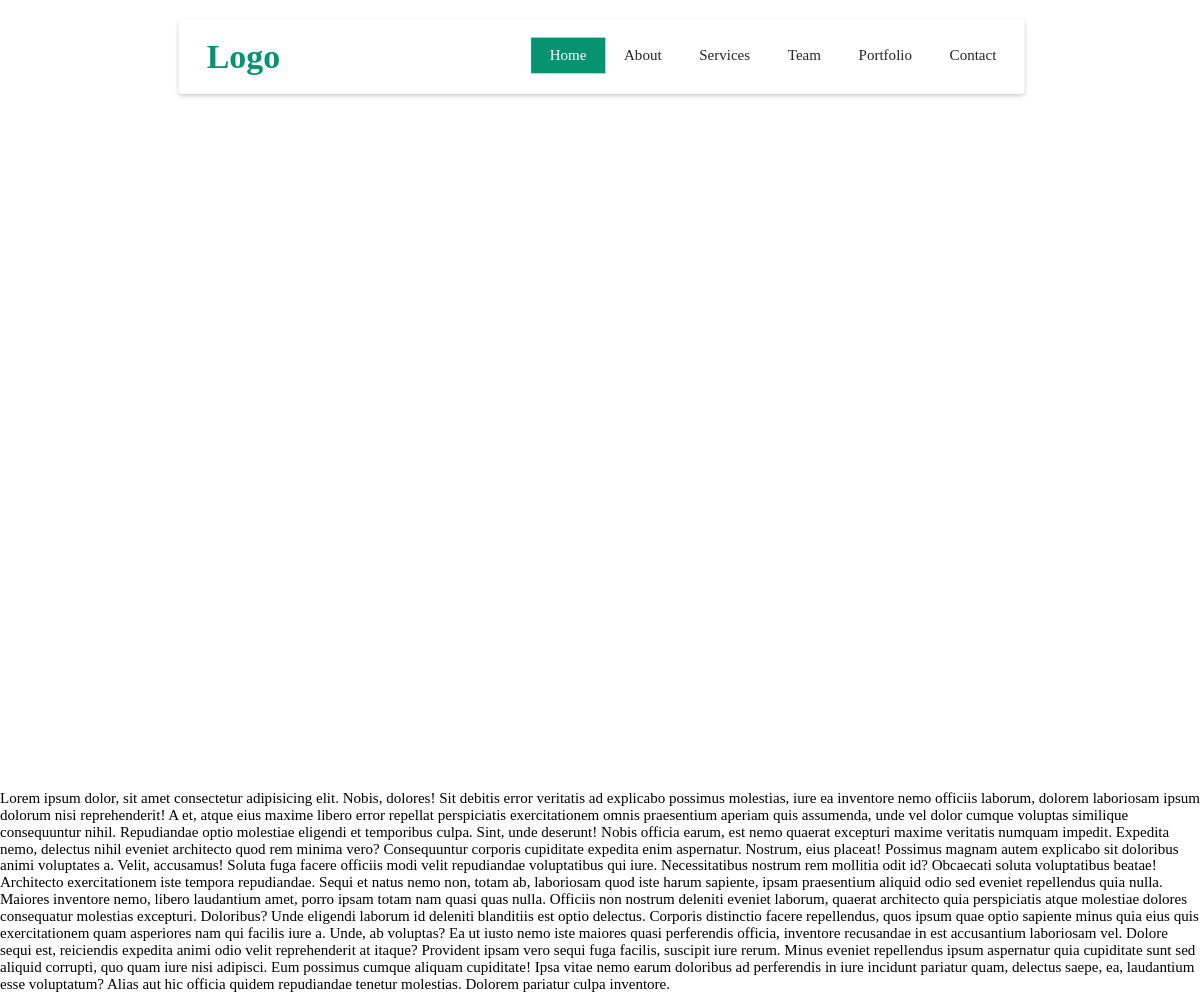
Repository: Sirius018/InventoryGenius
Page: http://localhost/Home
These files come from the project's save history. The page is drawn as it stood at one moment and after the next save; the edit follows.
The browser window is 1280 px wide. The pictures show the whole page, at 94% of full size.
The page is this project's Thymeleaf template; nobody is signed in. The template is opened directly, without the code that normally fills it, so the values that code supplies are empty.

Above is the page before, as saved 2023-06-05 03:27:05.

### ADW/InventoryGenius/src/main/resources/templates/Home.html
<!DOCTYPE html>
<html lang="en" xmlns:th="http://www.thymeleaf.org">
<head>
    <meta charset="UTF-8">
    <meta http-equiv="X-UA-Compatible" content="IE=edge">
    <meta name="viewport" content="width=device-width, initial-scale=1.0">
    <link href="https://stackpath.bootstrapcdn.com/font-awesome/4.7.0/css/font-awesome.min.css" rel="stylesheet">
    <link rel="stylesheet" href="../static/css/home.css">
    <title>Practica 50</title>
</head>
<body>

<header>
        <div class="header">
            <a class="logo" href="#">Logo</a>
        <div class="menu-toggle"></div>
        <nav>
            <ul>
                <li><a class="active" href="#">Home</a></li>
                <li><a href="#">About</a></li>
                <li><a href="#">Services</a></li>
                <li><a href="#">Team</a></li>
                <li><a href="#">Portfolio</a></li>
                <li><a href="#">Contact</a></li>
            </ul>
        </nav>
        <div class="clearfix"></div>
        </div>
    </header>
        <br><br><br><br><br><br><br><br><br><br><br><br><br><br><br><br><br><br><br><br><br><br><br><br><br><br><br><br><br><br><br><br><br><br><br><br><br><br><br><br>

    <div>
        Lorem ipsum dolor, sit amet consectetur adipisicing elit. Nobis, dolores! Sit debitis error veritatis ad explicabo possimus molestias, iure ea inventore nemo officiis laborum, dolorem laboriosam ipsum dolorum nisi reprehenderit!
        A et, atque eius maxime libero error repellat perspiciatis exercitationem omnis praesentium aperiam quis assumenda, unde vel dolor cumque voluptas similique consequuntur nihil. Repudiandae optio molestiae eligendi et temporibus culpa.
        Sint, unde deserunt! Nobis officia earum, est nemo quaerat excepturi maxime veritatis numquam impedit. Expedita nemo, delectus nihil eveniet architecto quod rem minima vero? Consequuntur corporis cupiditate expedita enim aspernatur.
        Nostrum, eius placeat! Possimus magnam autem explicabo sit doloribus animi voluptates a. Velit, accusamus! Soluta fuga facere officiis modi velit repudiandae voluptatibus qui iure. Necessitatibus nostrum rem mollitia odit id?
        Obcaecati soluta voluptatibus beatae! Architecto exercitationem iste tempora repudiandae. Sequi et natus nemo non, totam ab, laboriosam quod iste harum sapiente, ipsam praesentium aliquid odio sed eveniet repellendus quia nulla.
        Maiores inventore nemo, libero laudantium amet, porro ipsam totam nam quasi quas nulla. Officiis non nostrum deleniti eveniet laborum, quaerat architecto quia perspiciatis atque molestiae dolores consequatur molestias excepturi. Doloribus?
        Unde eligendi laborum id deleniti blanditiis est optio delectus. Corporis distinctio facere repellendus, quos ipsum quae optio sapiente minus quia eius quis exercitationem quam asperiores nam qui facilis iure a.
        Unde, ab voluptas? Ea ut iusto nemo iste maiores quasi perferendis officia, inventore recusandae in est accusantium laboriosam vel. Dolore sequi est, reiciendis expedita animi odio velit reprehenderit at itaque?
        Provident ipsam vero sequi fuga facilis, suscipit iure rerum. Minus eveniet repellendus ipsum aspernatur quia cupiditate sunt sed aliquid corrupti, quo quam iure nisi adipisci. Eum possimus cumque aliquam cupiditate!
        Ipsa vitae nemo earum doloribus ad perferendis in iure incidunt pariatur quam, delectus saepe, ea, laudantium esse voluptatum? Alias aut hic officia quidem repudiandae tenetur molestias. Dolorem pariatur culpa inventore.
    </div>



<script src="https://code.jquery.com/jquery-3.6.0.js" integrity="sha256-H+K7U5CnXl1h5ywQfKtSj8PCmoN9aaq30gDh27Xc0jk=" crossorigin="anonymous"></script>
<script src="../static/js/home.js"></script>
</body>
</html>

### ADW/InventoryGenius/src/main/resources/static/css/home.css
/********************************** RESET PROPIEDADES **********************************/
* {
    margin: 0;
    padding: 0;
    box-sizing: border-box;
}
a {
    text-decoration: none;
    color: inherit;
}
ul, ol {
    list-style: none;
}
body, h1, h2, h3, h4, h5, h6, p, ul, ol, li {
    margin: 0;
    padding: 0;
    font-size: 100%;
    font-weight: normal;
}
img {
    display: block;
    max-width: 100%;
    height: auto;
}
input, textarea, button {
    margin: 0;
    padding: 0;
    border: none;
    outline: none;
    background: none;
    font-family: inherit;
    font-size: inherit;
    color: inherit;
    resize: none;
}
button {
    cursor: pointer;
}
li {
    list-style: none;
}
/************************************************************************************************************/





.header{
    position: relative;
    max-width: 900px;
    margin: 20px auto;
    padding: 10px;
    background: #fff;
    box-sizing: border-box;
    border-radius: 4px;
    box-shadow: 0 2px 5px rgba(0,0,0,.2);
}

.logo{
    color: #069370;
    height: 60px;
    line-height: 60px;
    padding: 0 20px;
    font-size: 36px;
    text-align: center;
    float: left;
    font-weight: 700;
    text-decoration: none;
}

nav{
    float: right;
}

.clearfix{
    clear: both;
}

nav ul{
    margin: 0;
    padding: 0;
    display: flex;
}

nav ul li{
    list-style: none;
}

nav ul li a{
    display: block;
    margin: 10px 0;
    padding: 10px 20px;
    text-decoration: none;
    color: #262626;
}

nav ul li a:hover,
nav ul li a.active{
    background: #069370;
    color: #fff;
    transition: .5s;
}

@media (max-width: 900px) {
    header{
        margin: 20px;
    }
}

@media (max-width: 768px) {
    .menu-toggle{
        display: block;
        width: 40px;
        height: 40px;
        margin: 10px;
        float: right;
        cursor: pointer;
        text-align: center;
        font-size: 30px;
        color: #096370;
    }
    .menu-toggle::before{
        content: '\f0c9';
        font-family: fontAwesome;
        line-height: 40px;

    }
    .menu-toggle.active:before{
        content: '\f00d';
    }
    nav{
        display: none;
    }
    nav.active{
        display: block;
        width: 100%;
    }
    nav.active ul{
        display: block;
    }
    nav.active ul li a{
        margin: 0;
    }
}

### ADW/InventoryGenius/src/main/resources/static/js/home.js
$(document).ready(function(){
    $('.menu-toggle').click(function(){
        $('.menu-toggle').toggleClass('active')
        $('nav').toggleClass('active')
    })
})

After the next save:
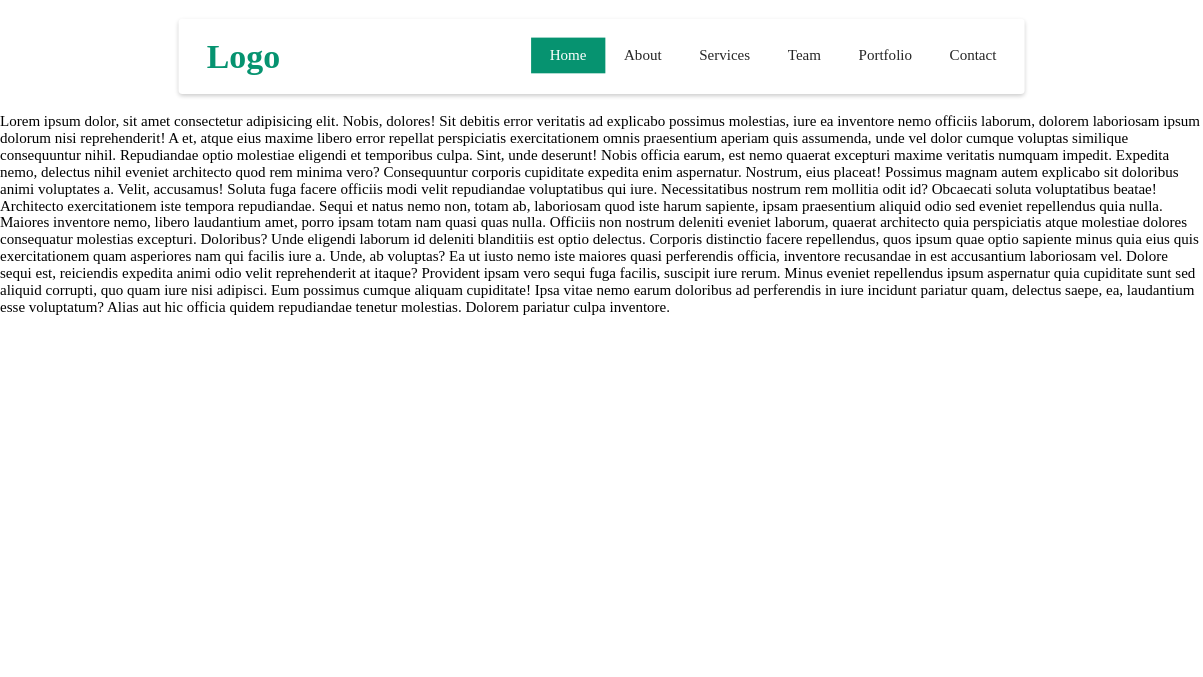
Saved 17 s later.
--- a/ADW/InventoryGenius/src/main/resources/templates/Home.html
+++ b/ADW/InventoryGenius/src/main/resources/templates/Home.html
@@ -27,7 +27,7 @@
         <div class="clearfix"></div>
         </div>
     </header>
-        <br><br><br><br><br><br><br><br><br><br><br><br><br><br><br><br><br><br><br><br><br><br><br><br><br><br><br><br><br><br><br><br><br><br><br><br><br><br><br><br>
+
 
     <div>
         Lorem ipsum dolor, sit amet consectetur adipisicing elit. Nobis, dolores! Sit debitis error veritatis ad explicabo possimus molestias, iure ea inventore nemo officiis laborum, dolorem laboriosam ipsum dolorum nisi reprehenderit!
